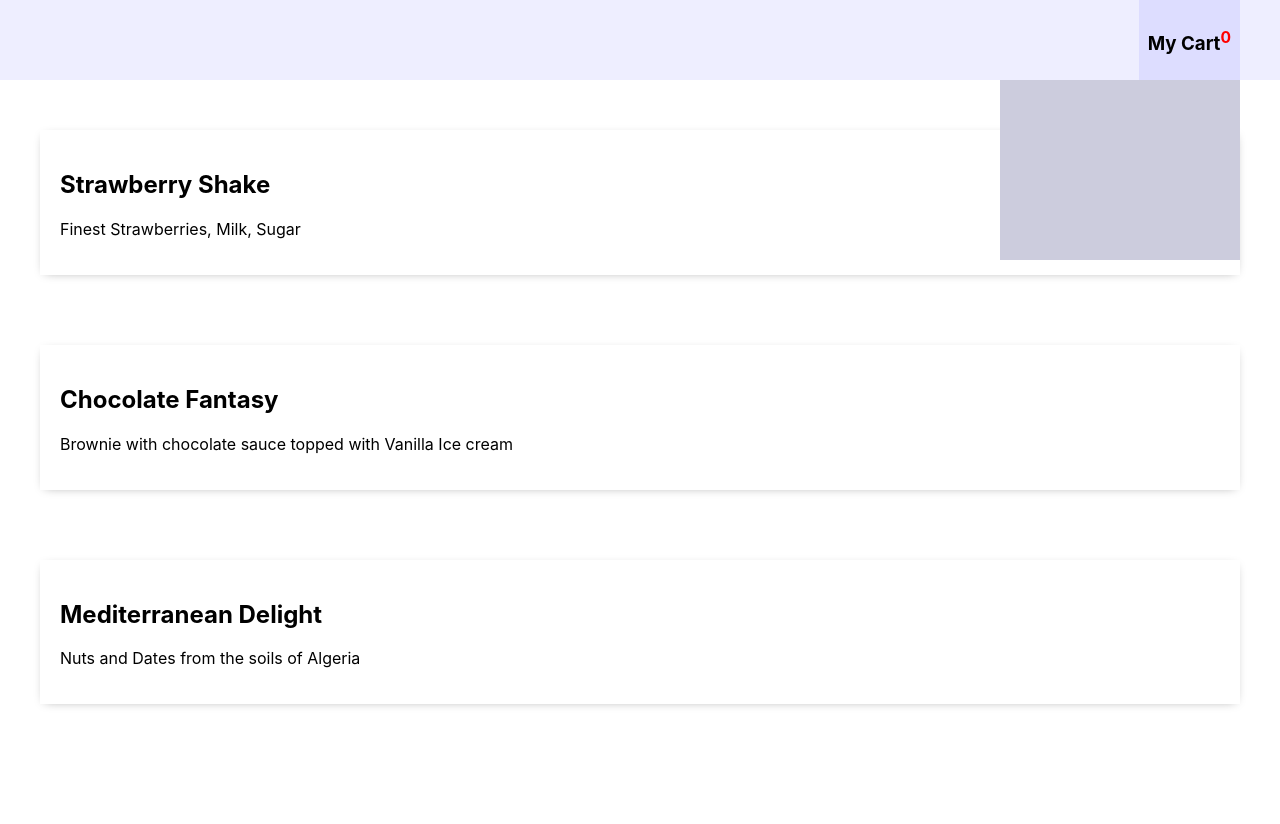
Repository: suhail-yazdan/shopping-cart-react
Page: /, after clicking the first element matching `h3`
The author's editor kept a copy of each file at every save. The page is drawn from the files as they stood at one save, then again after the next save.
The browser window is 1280 px wide. The pictures show the whole page.
The project was rebuilt for these pictures with package versions that can differ from the ones it lists, and the page was loaded fresh each time.

Above is the page before, as saved 2023-10-09 15:01:30.

### src/App.js
import { useState } from 'react';
import './App.css';
import Card from "./Card.jsx";
import Cart from "./Cart.jsx";

function App() {
  const [displayCart, setDisplayCart] = useState(false);
  const [products, setProducts] = useState([
    {
      pid: 1,
      name: "Strawberry Shake",
      desc: "Finest Strawberries, Milk, Sugar",
      price: 149,
      quantity: 0
    },
    {
      pid: 2,
      name: "Chocolate Fantasy",
      desc: "Brownie with chocolate sauce topped with Vanilla Ice cream",
      price: 249,
      quantity: 0
    },
    {
      pid: 3,
      name: "Mediterranean Delight",
      desc: "Nuts and Dates from the soils of Algeria",
      price: 329,
      quantity: 0
    }
  ])

  const handleQuantityIncreased = (prod, e) =>{
    e.stopPropagation();
    let sProducts = [...products];
    const ind = sProducts.indexOf(prod);
    if(sProducts[ind].quantity >= 0) sProducts[ind].quantity++;
    setProducts(sProducts)
    setDisplayCart(true)
  }

  const handleQuantityDecreased = (prod, e) =>{
    e.stopPropagation();
    let sProducts = [...products];
    const ind = sProducts.indexOf(prod);
    if(sProducts[ind].quantity > 0) sProducts[ind].quantity--;
    setProducts(sProducts)
    setDisplayCart(true)
  }

  return (
    <div>
      <header>
        <div className="grid1200">
            <Cart showCart={displayCart} setShowCart={() => setDisplayCart(!displayCart)} products={products} />
        </div>
      </header>

      <main>
        <div className="grid1200">
          {products.map((product) => (
            <Card
              key = {product.pid}
              productDetail = {product}
              onQuantityIncreased = {e => handleQuantityIncreased(product, e)}
              onQuantityDecreased = {e => handleQuantityDecreased(product, e)}
            />
          ))}
        </div>
      </main>
    </div>
  );
}

export default App;

### src/App.css
main {
  padding: 50px 0px;
}

div.grid1200 {
  width: 1200px;
  margin: 0px auto;
}

header {
  height: 80px;
  background-color: #eef;
}

### src/Card.jsx
import React, { useState } from 'react'
import Counter from './Counter'
import "./cardstyle.css"

const Card = (props) => {
  const [cardSelected, setCardSelected] = useState(false)

  const getCardClass = () => {
    let cardClass = cardSelected === true ? "card selected" : "card deselected";
    return cardClass
  }

  const getOverlayState = () => {
    let overlayClass = cardSelected === true ? "overlay show" : "overlay hide";
    return overlayClass;
  };

  return (
    <div className={getCardClass()} onClick={() => setCardSelected(!cardSelected)}>
      <h2> {props.productDetail.name} </h2>
      <p>{props.productDetail.desc}</p>
      <div className={getOverlayState()}>
        <Counter
          product = {props.productDetail}
          onIncrement={props.onQuantityIncreased}
          onDecrement={props.onQuantityDecreased}
          />
      </div>
    </div>
  )
}

export default Card

### src/Cart.jsx
import "./cartstyle.css"

const Cart = (props) => {
  return (
    <div className="cart" onClick={props.setShowCart}>
      <h3>
        My Cart
        <sup className="totalItems">
          {props.products.reduce((total, product) => total + product.quantity, 0)}
        </sup>
      </h3>

      {props.showCart &&
        <div className="popup">
          <ul>
            {props.products.map(item =>(
              <li key={item.pid}>
                {item.quantity ? `${item.name}: ${item.quantity}` : ""}
              </li>
            ))}
          </ul>
        </div>
      }
    </div>
  )
}

export default Cart

### src/Counter.js
import "./counterstyle.css";

export default function Counter(props) {
    return (
      <div className="counter">
        Quantity &nbsp;
        <span className={props.product.quantity === 0 ? "badge badge-warning" : "badge badge-primary"}>
          {props.product.quantity === 0 ? "Zero": props.product.quantity}
        </span>
        &nbsp;
        <button className="btn btn-secondary" onClick={props.onIncrement}>
          +
        </button>
        <button className="btn btn-secondary" onClick={props.onDecrement}>
          -
        </button>
      </div>
    );
}

### src/cardstyle.css
.card {
  padding: 20px;
  margin-bottom: 70px;
  cursor: pointer;
  box-shadow: 0px 2px 10px -5px rgba(0, 0, 0, 0.4);
  position: relative;
}

.selected {
  background-color: rgba(220, 235, 255, 0.7);
}

.deselected {
  background-color: white;
}

.overlay {
  width: 100%;
  height: 100%;
  position: absolute;
  z-index: 20;
  top: 0px;
  left: 0px;
}

.show {
  display: block;
}

.hide {
  display: none;
}

### src/cartstyle.css
div.cart {
  padding: 9px;
  background-color: #ddf;
  float: right;
  position: relative;
  cursor: pointer;
}

div.popup {
  position: absolute;
  z-index: 200;
  width: 200px;
  height: 150px;
  padding: 15px 20px;
  background-color: #ccd;
  top: 80px;
  right: 0px;
}

.menu-on {
  display: block;
}

.menu-off {
  display: none;
}

.cart ul {
  margin: 0px;
  padding: 0px;
  list-style-type: none;
}

.cart ul li {
  line-height: 40px;
}


.totalItems{
  color: red;
}

### src/counterstyle.css
.counter {
    float: right;
    margin-top: 65px;
    margin-right: 50px;
    display: flex;
    align-items: center;
  }

  .badge {
    padding: 2px 8px;
    border-radius: 6px;
    background-color: #222;
    font-weight: bold;
  }

  .badge-primary {
    background-color: #36b;
    color: white;
  }

  .badge-secondary {
    background-color: #666;
    color: white;
  }

  .badge-warning {
    background-color: #db0;
    color: black;
  }

  .btn {
    padding: 4px 8px;
    border-radius: 3px;
    cursor: pointer;
    background-color: #222;
    color: white;
    border: none;
    margin-left: 3px;
  }

  .btn-secondary {
    background-color: #666;
  }

  .btn-danger {
    background-color: #d33;
  }

Loaded but not shown: public/index.html (common file); src/index.js (common file); src/index.css (common file); src/reportWebVitals.js (common file)

After the next save:
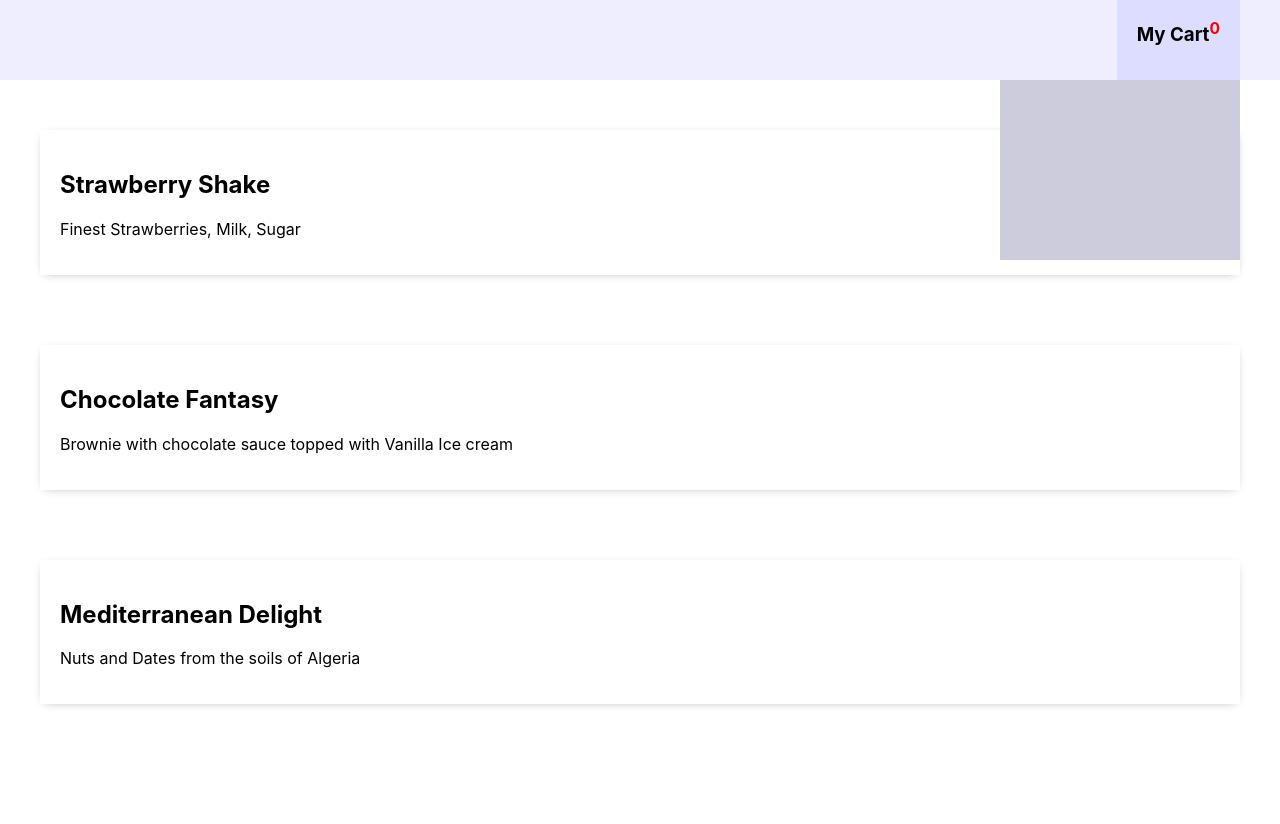
Saved 2 min 57 s later.
--- a/src/cartstyle.css
+++ b/src/cartstyle.css
@@ -1,9 +1,10 @@
 div.cart {
-  padding: 9px;
+  padding: 0px 20px;
   background-color: #ddf;
   float: right;
   position: relative;
   cursor: pointer;
+  height: 80px;
 }
 
 div.popup {
